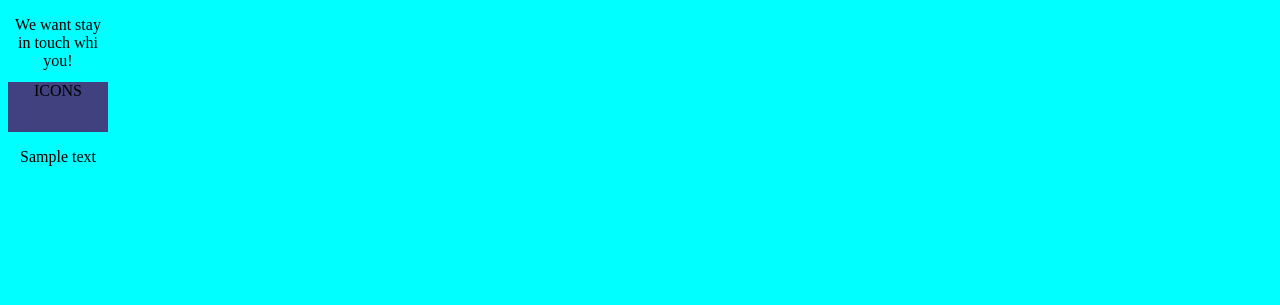
Repository: JhonMercedes/profile
Page: index.html
The author's editor kept a copy of each file at every save. The page is drawn from the files as they stood at one save, then again after the next save.
The browser window is 1280 px wide. The pictures show the whole page.

Above is the page before, as saved 2021-12-08 01:59:00.

After the next save:
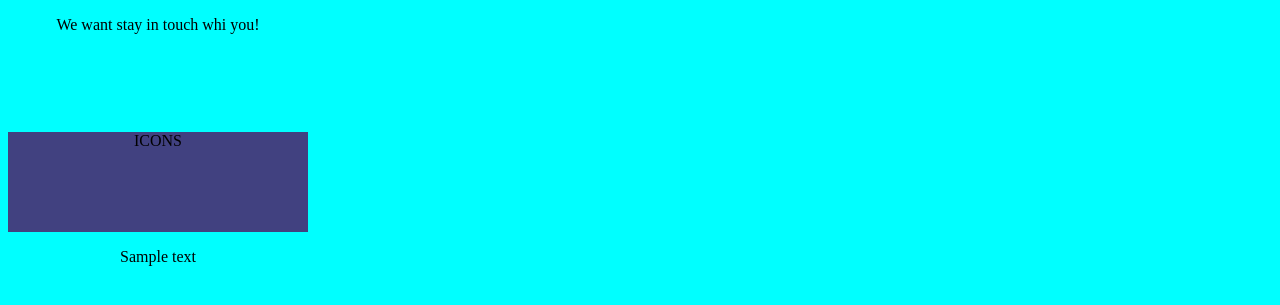
Saved 30 s later.
--- a/style.css
+++ b/style.css
@@ -4,8 +4,8 @@
 
 .container, .container2, .container3 {
     text-align: center;
-    width: 100px;
-    height: 50px;
+    width: 300px;
+    height: 100px;
 }
 
 .container2 {
